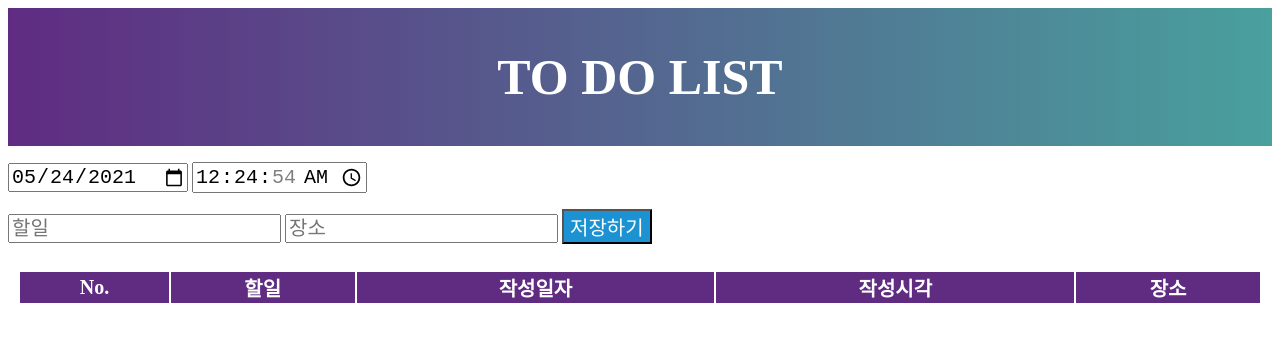
Repository: kimyoungjin98/Exam_Project
Page: http://localhost/Server_PR_TodoList/
An editor plug-in stored every save of this project. The page is shown before and after the next save, followed by the edit.
The browser window is 1280 px wide. The pictures show the whole page.
Some web fonts or font styles are not loaded; a fallback is used. The page is served by Tomcat 9. Other server files are loaded and not shown. Queries for data that is not in the repository find no rows.

Above is the page before, as saved 2021-05-25 00:41:33.

### Server_PR_TodoList/src/main/webapp/WEB-INF/views/home.jsp
<%@ page language="java" contentType="text/html; charset=UTF-8"
    pageEncoding="UTF-8"%>
<%@ taglib uri="http://java.sun.com/jsp/jstl/core" prefix="c"%>
<c:set value="${pageContext.request.contextPath}" var="rootPath" />
<!DOCTYPE html>
<html>

<head>
<meta charset="UTF-8">
<title>어서오세요</title>
</head>
<script>
document.addEventListener("DOMContentLoaded",function(ev){

	document.querySelector("table")
	.addEventListener("click", function(ev){

		let tag = ev.target.tagName

		if(tag == "TD"){

			let seq = ev.target.closest("TR").dataset.seq

			document.location.href="${rootPath}/todo/view?td_seq=" + seq

		}

	})

})


</script>
<style>


@import url('https://fonts.googleapis.com/css2?family=Nanum+Gothic+Coding:wght@700&family=Roboto+Slab:wght@600&display=swap');
.jm-font {
		font-family: 'Nanum Gothic Coding', monospace;
		font-family: 'Roboto Slab', serif;
	}


table {
	width:100%;
	text-align: center;
	margin:3px auto;
	font-size:20px;
	padding:10px;
	font-weight: bolder;

}

table td{
	cursor:pointer;
	padding:5-%;


}

table tr:hover{
	background-color: #49a09d;
}

table div{
	border:1px solid #49a09d;
	outline:1px solid #49a09d;
}

table th{
	background-color:#5f2c82;
	color:white;

}


</style>
<body>

	<%@ include file="/WEB-INF/views/banner.jsp" %>
	<p>
	<%@ include file="/WEB-INF/views/write.jsp" %>
	<p>
		<table>
		<div>
		<th>No.</th>
		<th>할일</th>
		<th>작성일자</th>
		<th>작성시각</th>
		<th>장소</th>
		</div>

		<c:forEach items="${TDLIST}" var="TD" varStatus="index">
			<tr data-seq="${TD.td_seq}">
				<td>${index.count}</td>
				<td>${TD.td_content}</td>
				<td>${TD.td_date}</td>
				<td>${TD.td_time}</td>
				<td>${TD.td_place}</td>
			</tr>

		</c:forEach>

	</table>

</body>
</html>

### Server_PR_TodoList/src/main/webapp/WEB-INF/views/banner.jsp
<%@ page language="java" contentType="text/html; charset=UTF-8"
    pageEncoding="UTF-8"%>
<%@ taglib uri="http://java.sun.com/jsp/jstl/core" prefix="c"%>
<c:set value="${pageContext.request.contextPath}" var="rootPath" />
<!DOCTYPE html>
<html>
<head>
<meta charset="UTF-8">
<title>Insert title here</title>
</head>
<style>
@import url('https://fonts.googleapis.com/css2?family=Nanum+Gothic+Coding:wght@700&family=Roboto+Slab:wght@600&display=swap');
.jm-font {
		font-family: 'Nanum Gothic Coding', monospace;
		font-family: 'Roboto Slab', serif;
	}


h1 {
	margin:auto;
	text-align: center;
	font-size:50px;
	background:linear-gradient(to right, #5f2c82, #49a09d);
	color:white;
	padding:40px;
}


</style>
<body>
	<h1>TO DO LIST</h1>
</body>
</html>

### Server_PR_TodoList/src/main/webapp/WEB-INF/views/write.jsp
<%@ page language="java" contentType="text/html; charset=UTF-8"
    pageEncoding="UTF-8"%>
<%@ taglib uri="http://java.sun.com/jsp/jstl/core" prefix="c"%>
<c:set value="${pageContext.request.contextPath}" var="rootPath" />
<!DOCTYPE html>
<html>
<head>
<meta charset="UTF-8">
<title>Insert title here</title>
</head>
<script type="text/javascript">
document.addEventListener("DOMContentLoaded", function(ev){
	document.querySelector("button")
	.addEventListener("click",function(ev){

		let name = ev.target.className

		let td_date = document.querySelector("input[name='td_date']")
		let td_time = document.querySelector("input[name='td_time']")
		let td_content = document.querySelector("input[name='td_content']")
		let td_place = document.querySelector("input[name='td_place']")

		if(td_content.value == ""){

			alert("할일을 입력하세요 !")

			return false;
			}

			document.querySelector("form").submit();

	})

})

</script>
<style>

@import url('https://fonts.googleapis.com/css2?family=Nanum+Gothic+Coding:wght@700&family=Roboto+Slab:wght@600&display=swap');
.jm-font {
		font-family: 'Nanum Gothic Coding', monospace;
		font-family: 'Roboto Slab', serif;
	}

	label{
		font-size:20px;
	}

	input{
		font-size:20px;
	}

	button{
		background-color: #1c92d2;
		color:white;
		font-size:20px;
		cursor:pointer;
	}


</style>
<body>



	<form method="POST" class="1">

	<input name="td_date" placeholder="작성일자" type="date" value="${TD.td_date}">
	<input name="td_time" placeholder="작성시각" type="time" value="${TD.td_time}"><p>
	<input name="td_content" placeholder="할일" value="${TD.td_content}"></input>
	<input name="td_place" placeholder="장소" value="${TD.td_place}">

		<button type="button">저장하기</button>
	</form>

</body>
</html>

### Server_PR_TodoList/src/main/java/com/callor/todo/controller/HomeController.java
package com.callor.todo.controller;

import java.io.IOException;
import java.text.SimpleDateFormat;
import java.util.Date;
import java.util.List;

import javax.servlet.ServletException;
import javax.servlet.annotation.WebServlet;
import javax.servlet.http.HttpServlet;
import javax.servlet.http.HttpServletRequest;
import javax.servlet.http.HttpServletResponse;

import com.callor.todo.model.TodoVO;
import com.callor.todo.service.TodoService;
import com.callor.todo.service.impl.TodoServiceImplV1;

@WebServlet("/")
public class HomeController extends HttpServlet{

	protected TodoService tdService;

	public HomeController() {

		tdService = new TodoServiceImplV1();

	}

	@Override
	protected void doGet(HttpServletRequest req, HttpServletResponse resp) throws ServletException, IOException {


		List<TodoVO> tdList = tdService.selectAll();

		req.setAttribute("TDLIST", tdList);

		SimpleDateFormat sDate = new SimpleDateFormat("yyyy-MM-dd");
		SimpleDateFormat sTime = new SimpleDateFormat("HH:mm:ss");
		Date date = new Date(System.currentTimeMillis());

		TodoVO tdVO = new TodoVO();

		tdVO.setTd_date(sDate.format(date));
		tdVO.setTd_time(sTime.format(date));

		req.setAttribute("TD", tdVO);

		ReqController.forward(resp, req, "home");

	}

	@Override
	protected void doPost(HttpServletRequest req, HttpServletResponse resp) throws ServletException, IOException {


		req.setCharacterEncoding("UTF-8");

		String td_date = req.getParameter("td_date");
		String td_content = req.getParameter("td_content");
		String td_time = req.getParameter("td_time");
		String td_place = req.getParameter("td_place");

		TodoVO tdVO = new TodoVO();

		tdVO.setTd_content(td_content);
		tdVO.setTd_date(td_date);
		tdVO.setTd_place(td_place);
		tdVO.setTd_time(td_time);

		tdService.insert(tdVO);

		System.out.println(tdVO.toString());

		resp.sendRedirect("/todo/");

	}

}

### Server_PR_TodoList/src/main/java/com/callor/todo/service/impl/TodoServiceImplV1.java
package com.callor.todo.service.impl;

import java.sql.Connection;
import java.sql.PreparedStatement;
import java.sql.ResultSet;
import java.sql.SQLException;
import java.util.ArrayList;
import java.util.List;

import com.callor.todo.config.DBConnect;
import com.callor.todo.model.TodoVO;
import com.callor.todo.service.TodoService;
import com.mysql.cj.x.protobuf.MysqlxPrepare.Prepare;

public class TodoServiceImplV1 implements TodoService {

	protected Connection dbConn;

	public TodoServiceImplV1() {

		dbConn = DBConnect.getDB();

	}

	protected List<TodoVO> select(PreparedStatement pStr) throws SQLException {

		List<TodoVO> tdList = new ArrayList<TodoVO>();
		ResultSet rSet = pStr.executeQuery();

		while (rSet.next()) {

			TodoVO tdVO = new TodoVO();

			tdVO.setTd_content(rSet.getString("td_content"));
			tdVO.setTd_date(rSet.getString("td_date"));
			tdVO.setTd_place(rSet.getString("td_place"));
			tdVO.setTd_time(rSet.getString("td_time"));
			tdVO.setTd_seq(rSet.getLong("td_seq"));
			tdList.add(tdVO);

		}

		return tdList;
	}

	@Override
	public List<TodoVO> selectAll() {
		// TODO Auto-generated method stub

		String sql = " SELECT * FROM tbl_todo ";

		PreparedStatement pStr = null;

		try {

			pStr = dbConn.prepareStatement(sql);
			List<TodoVO> tdList = this.select(pStr);


			return tdList;

		} catch (SQLException e) {
			// TODO Auto-generated catch block
			e.printStackTrace();
		}

		return null;
	}

	@Override
	public TodoVO findById(Long td_seq) {
		// TODO Auto-generated method stub

		String sql = " SELECT * FROM tbl_todo ";
		sql += " WHERE td_seq = ? ";

		PreparedStatement pStr = null;

		try {
			pStr = dbConn.prepareStatement(sql);
			pStr.setLong(1, td_seq);

			List<TodoVO> tdList = this.select(pStr);

			if(tdList != null && tdList.size() > 0) {

				return tdList.get(0);
			}

		} catch (SQLException e) {
			// TODO Auto-generated catch block
			e.printStackTrace();
		}

		return null;
	}

	@Override
	public Integer insert(TodoVO tdVO) {
		// TODO Auto-generated method stub

		String sql = " INSERT INTO tbl_todo ";
		sql += " (td_content, td_date, td_time, td_place) ";
		sql += " VALUES(?,?,?,?) ";

		PreparedStatement pStr = null;

		try {
			pStr = dbConn.prepareStatement(sql);
			pStr.setString(1, tdVO.getTd_content());
			pStr.setString(2, tdVO.getTd_date());
			pStr.setString(3, tdVO.getTd_time());
			pStr.setString(4, tdVO.getTd_place());

			return pStr.executeUpdate();



		} catch (SQLException e) {
			// TODO Auto-generated catch block
			e.printStackTrace();
		}

		return null;
	}

	@Override
	public Integer update(TodoVO tdVO) {
		// TODO Auto-generated method stub

		String sql = " UPDATE tbl_todo SET ";
		sql += " td_content = ?, ";
		sql += " td_date = ?, ";
		sql += " td_time = ?, ";
		sql += " td_place = ? ";
		sql += " WHERE td_seq = ? ";

		PreparedStatement pStr = null;

		try {
			pStr = dbConn.prepareStatement(sql);
			pStr.setString(1, tdVO.getTd_content());
			pStr.setString(2, tdVO.getTd_date());
			pStr.setString(3, tdVO.getTd_time());
			pStr.setString(4, tdVO.getTd_place());
			pStr.setLong(5, tdVO.getTd_seq());


			return pStr.executeUpdate();


		} catch (SQLException e) {
			// TODO Auto-generated catch block
			e.printStackTrace();
		}

		return null;
	}

	@Override
	public Integer delete(Long td_seq) {
		// TODO Auto-generated method stub

		String sql = " DELETE FROM tbl_todo ";
		sql += " WHERE td_seq = ? ";

		PreparedStatement pStr = null;

		try {
			pStr = dbConn.prepareStatement(sql);
			pStr.setLong(1, td_seq);

			return pStr.executeUpdate();
		} catch (SQLException e) {
			// TODO Auto-generated catch block
			e.printStackTrace();
		}



		return null;
	}

}

### Server_PR_TodoList/src/main/java/com/callor/todo/config/DBConnect.java
package com.callor.todo.config;

import java.sql.Connection;
import java.sql.DriverManager;
import java.sql.SQLException;

public class DBConnect {

	private static Connection dbConn;

	static {

		String driver = "com.mysql.cj.jdbc.Driver";
		String url = "jdbc:mysql://localhost:3306/todo";
		String user = "todoList";
		String pw = "1234";

		try {
			Class.forName(driver);

			if (dbConn == null) {
				dbConn = DriverManager.getConnection(url, user, pw);
			}

			System.out.println("DB 접속 성공");

		} catch (ClassNotFoundException e) {
			// TODO Auto-generated catch block
			e.printStackTrace();
		} catch (SQLException e) {
			// TODO Auto-generated catch block
			e.printStackTrace();
		}

	}

	public static Connection getDB() {

		return dbConn;
	}

}

### Server_PR_TodoList/src/main/java/com/callor/todo/model/TodoVO.java
package com.callor.todo.model;

import lombok.AllArgsConstructor;
import lombok.Getter;
import lombok.NoArgsConstructor;
import lombok.Setter;
import lombok.ToString;

@Getter
@Setter
@ToString
@AllArgsConstructor
@NoArgsConstructor
public class TodoVO {

	private Long td_seq;
	private String td_place;
	private String td_date;
	private String td_time;
	private String td_content;

}

### Server_PR_TodoList/src/main/java/com/callor/todo/controller/ReqController.java
package com.callor.todo.controller;

import java.io.IOException;

import javax.servlet.ServletException;
import javax.servlet.http.HttpServlet;
import javax.servlet.http.HttpServletRequest;
import javax.servlet.http.HttpServletResponse;

public class ReqController extends HttpServlet{

	public static void forward(HttpServletResponse res, HttpServletRequest req, String file) throws ServletException, IOException {

		String root = "/WEB-INF/views/" + file + ".jsp";

		req.getRequestDispatcher(root).forward(req, res);

	}

}

After the next save:
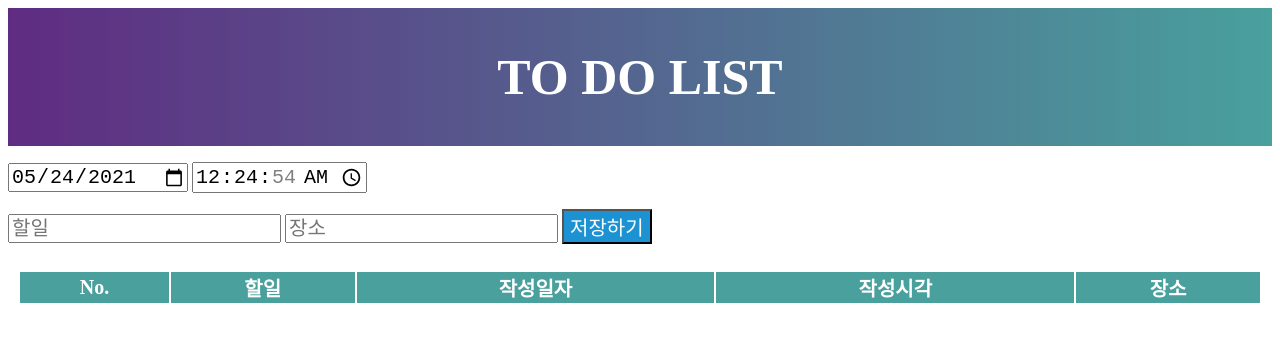
Saved 15 s later.
--- a/Server_PR_TodoList/src/main/webapp/WEB-INF/views/home.jsp
+++ b/Server_PR_TodoList/src/main/webapp/WEB-INF/views/home.jsp
@@ -68,7 +68,7 @@ table div{
 }
 
 table th{
-	background-color:#5f2c82;
+	background-color:#49a09d;
 	color:white;
 
 }
